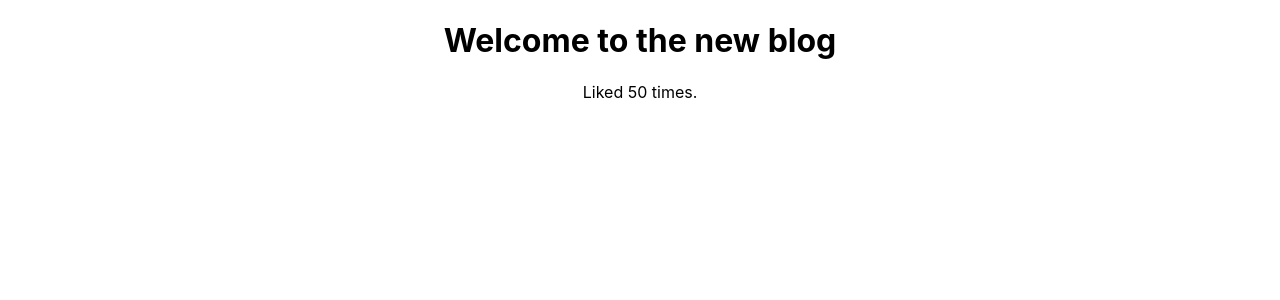
Repository: DESTINYAS/Reactjs
Page: /create
The author's editor kept a copy of each file at every save. The page is drawn from the files as they stood at one save, then again after the next save.
The browser window is 1280 px wide. The pictures show the whole page.
The project was rebuilt for these pictures with package versions that can differ from the ones it lists, and the page was loaded fresh each time.

Above is the page before, as saved 2022-11-27 18:55:48.

After the next save:
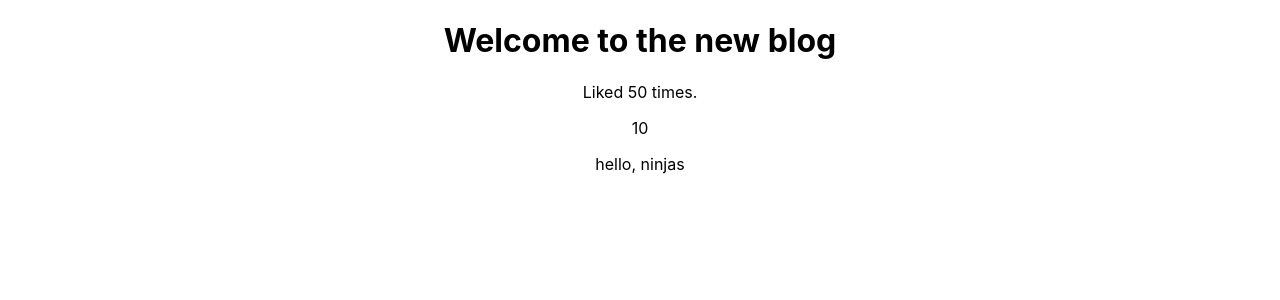
Saved 3 min 47 s later.
--- a/src/App.js
+++ b/src/App.js
@@ -8,6 +8,8 @@ function App() {
       <div className="content">
         <h1>{tittle}</h1>
         <p>Liked {likes} times.</p>
+        <p>{10}</p>
+        <p>{"hello, ninjas"}</p>
       </div>
     </div>
   );
